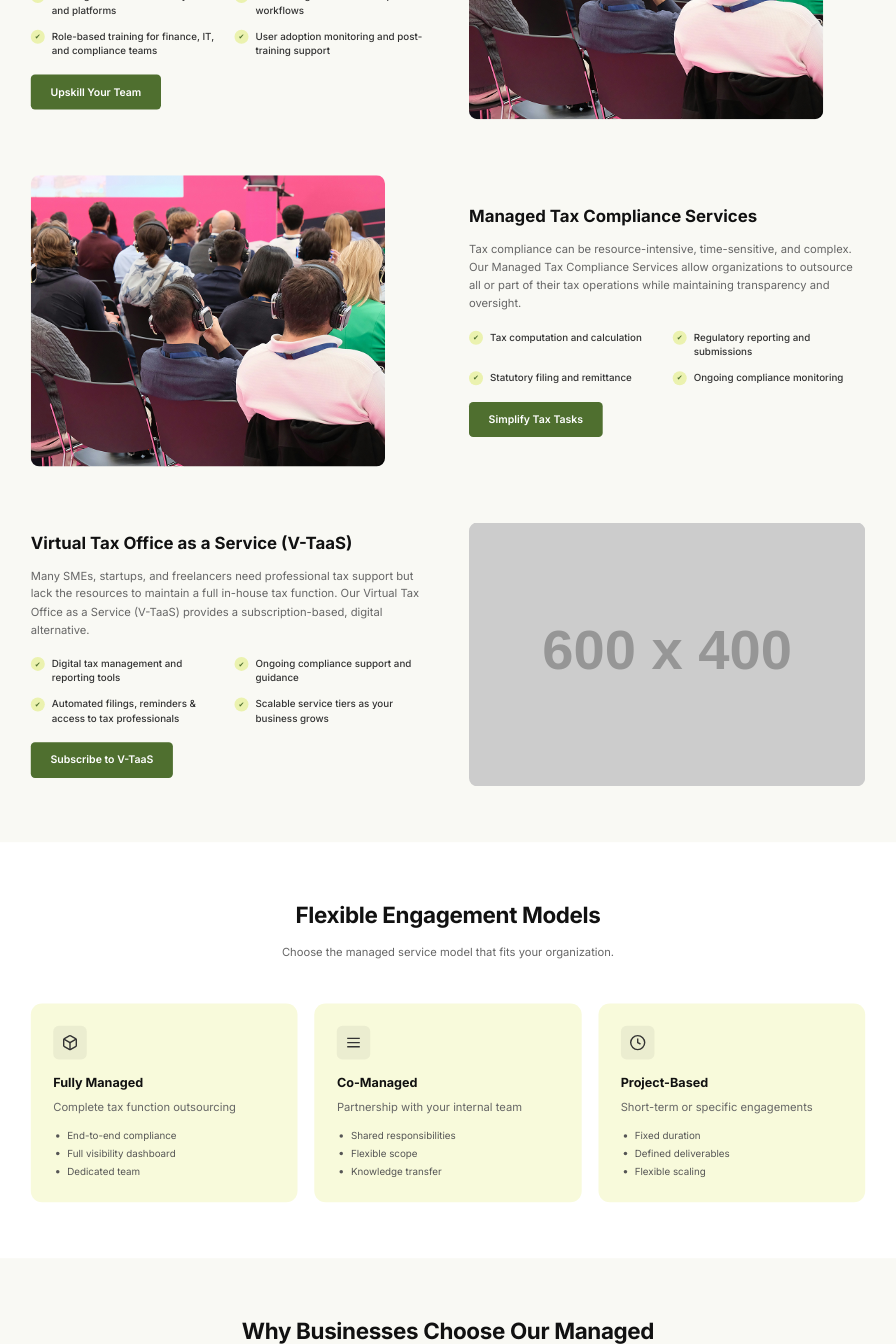
Repository: Opawumi/work_merate
Page: managed.html
These files come from the project's save history. The page is drawn as it stood at one moment and after a run of saves; the edit follows.
The browser window is 1280 px wide. The pictures show the part of the page from y = 1759 to 3679 px (the page is 5424 px tall before and 5400 px after), at 70% of full size.

Above is the page before, as saved 2026-02-02 11:42:58.

### managed.html
<!DOCTYPE html>
<html lang="en">
<head>
    <meta charset="UTF-8">
    <meta name="viewport" content="width=device-width, initial-scale=1.0">
    <title>Managed Services - WorkMerate</title>
    <link rel="stylesheet" href="managed.css">
    <link rel="preconnect" href="https://fonts.googleapis.com">
    <link rel="preconnect" href="https://fonts.gstatic.com" crossorigin>
    <link href="https://fonts.googleapis.com/css2?family=Inter:wght@400;500;600;700;800&display=swap" rel="stylesheet">
</head>
<body>

    <nav class="navbar">
        <div class="container nav-wrapper">
            <a href="#" class="logo">
                W<span class="bag-icon"></span>rkMerate
            </a>

            <ul class="nav-menu">
                <li><a href="#" class="nav-link">Agentic AI</a></li>
                <li>
                    <a href="#" class="nav-link active">
                        Services
                        <svg class="chevron" viewBox="0 0 24 24" fill="none" stroke="currentColor" stroke-width="2" stroke-linecap="round" stroke-linejoin="round"><polyline points="6 9 12 15 18 9"></polyline></svg>
                    </a>
                </li>
                <li>
                    <a href="#" class="nav-link">
                        Modules
                        <svg class="chevron" viewBox="0 0 24 24" fill="none" stroke="currentColor" stroke-width="2" stroke-linecap="round" stroke-linejoin="round"><polyline points="6 9 12 15 18 9"></polyline></svg>
                    </a>
                </li>
                <li><a href="#" class="nav-link">Pricing</a></li>
                <li>
                    <a href="#" class="nav-link">
                        Resources
                        <svg class="chevron" viewBox="0 0 24 24" fill="none" stroke="currentColor" stroke-width="2" stroke-linecap="round" stroke-linejoin="round"><polyline points="6 9 12 15 18 9"></polyline></svg>
                    </a>
                </li>
                <li><a href="#" class="nav-link">About us</a></li>
            </ul>

            <div class="nav-actions">
                <a href="#" class="login-link">Login</a>
                <a href="#" class="btn-nav">Try it Free</a>
            </div>
        </div>
    </nav>

    <section class="hero-section">
        <div class="hero-bg-pattern"></div>

        <div class="container hero-container">

            <div class="hero-content">
                <div class="breadcrumbs">
                    <span class="crumb-gray">Services</span>
                    <svg class="crumb-arrow" viewBox="0 0 24 24"><path d="M10 6L8.59 7.41 13.17 12l-4.58 4.59L10 18l6-6z"/></svg>
                    <span class="crumb-current">Managed Services</span>
                </div>

                <h1>Empower Your Teams.<br>Outsource With Confidence.<br>Scale Without Friction.</h1>

                <p class="hero-description">
                    Sustainable tax compliance requires more than systems and strategies, it requires
                    people who understand the tools, processes that scale, and support that adapts as
                    your business grows.
                </p>

                <div class="hero-buttons">
                    <a href="#" class="btn-hero-primary">Talk to Our Team</a>
                    <a href="#" class="btn-hero-secondary">Explore Service Options</a>
                </div>
            </div>

            <div class="hero-image-wrapper">
                <img src="./assets/managed-main.png" alt="Team working together with sticky notes">
            </div>

        </div>
    </section>

    <section class="section-padding bg-white">
        <div class="container">
            <div class="section-header">
                <h2>What We Do</h2>
                <p>Flexible services designed to complement your internal team or act as your tax function entirely.</p>
            </div>
            <div class="grid-3">
                <div class="card-outline">
                    <div class="icon-box-lime"><svg viewBox="0 0 24 24" fill="none" stroke="currentColor" stroke-width="2"><path d="M22 10v6M2 10l10-5 10 5-10 5z"></path><path d="M6 12v5c3 3 9 3 12 0v-5"></path></svg></div>
                    <h3>Build Internal Capabilities</h3>
                    <p>Training and change management for tax technology adoption</p>
                </div>
                <div class="card-outline">
                    <div class="icon-box-lime"><svg viewBox="0 0 24 24" fill="none" stroke="currentColor" stroke-width="2"><rect x="2" y="7" width="20" height="14" rx="2" ry="2"></rect><path d="M16 21V5a2 2 0 0 0-2-2h-4a2 2 0 0 0-2 2v16"></path></svg></div>
                    <h3>Manage Tax Operations</h3>
                    <p>Full or partial outsourcing with complete visibility</p>
                </div>
                <div class="card-outline">
                    <div class="icon-box-lime"><svg viewBox="0 0 24 24" fill="none" stroke="currentColor" stroke-width="2"><path d="M18 10h-1.26A8 8 0 1 0 9 20h9a5 5 0 0 0 0-10z"></path></svg></div>
                    <h3>Digital Tax Office</h3>
                    <p>Subscription-based virtual tax services for growing businesses</p>
                </div>
            </div>
        </div>
    </section>

    <section class="section-padding bg-cream">
        <div class="container">
            <div class="section-header">
                <h2>Three powerful integration pathways</h2>
                <p>Choose the integration approach that matches your business model and technical requirements.</p>
            </div>

            <div class="pathway-row">
                <div class="pathway-text">
                    <h3>Tax Technology Training & Change Management</h3>
                    <p class="mb-6">Introducing automated tax systems without proper training can create confusion, resistance, and inefficiencies. Our Tax Technology Training & Change Management service ensures your teams understand, adopt, and confidently use automated tax and compliance workflows.</p>
                    <ul class="check-grid">
                        <li><span class="check-circle">✔</span> <span>Training on automated tax systems and platforms</span></li>
                        <li><span class="check-circle">✔</span> <span>Hands-on guidance for compliance workflows</span></li>
                        <li><span class="check-circle">✔</span> <span>Role-based training for finance, IT, and compliance teams</span></li>
                        <li><span class="check-circle">✔</span> <span>User adoption monitoring and post-training support</span></li>
                    </ul>
                    <a href="#" class="btn-dark mt-6">Upskill Your Team</a>
                </div>
                <div class="pathway-img">
                    <img src="./assets/managed-one.png" alt="Training session">
                </div>
            </div>

            <div class="pathway-row reverse">
                <div class="pathway-text">
                    <h3>Managed Tax Compliance Services</h3>
                    <p class="mb-6">Tax compliance can be resource-intensive, time-sensitive, and complex. Our Managed Tax Compliance Services allow organizations to outsource all or part of their tax operations while maintaining transparency and oversight.</p>
                    <ul class="check-grid">
                        <li><span class="check-circle">✔</span> <span>Tax computation and calculation</span></li>
                        <li><span class="check-circle">✔</span> <span>Regulatory reporting and submissions</span></li>
                        <li><span class="check-circle">✔</span> <span>Statutory filing and remittance</span></li>
                        <li><span class="check-circle">✔</span> <span>Ongoing compliance monitoring</span></li>
                    </ul>
                    <a href="#" class="btn-dark mt-6">Simplify Tax Tasks</a>
                </div>
                <div class="pathway-img">
                     <img src="./assets/managed-one.png" alt="Tax compliance">
                </div>
            </div>

            <div class="pathway-row">
                <div class="pathway-text">
                    <h3>Virtual Tax Office as a Service (V-TaaS)</h3>
                    <p class="mb-6">Many SMEs, startups, and freelancers need professional tax support but lack the resources to maintain a full in-house tax function. Our Virtual Tax Office as a Service (V-TaaS) provides a subscription-based, digital alternative.</p>
                    <ul class="check-grid">
                        <li><span class="check-circle">✔</span> <span>Digital tax management and reporting tools</span></li>
                        <li><span class="check-circle">✔</span> <span>Ongoing compliance support and guidance</span></li>
                        <li><span class="check-circle">✔</span> <span>Automated filings, reminders & access to tax professionals</span></li>
                        <li><span class="check-circle">✔</span> <span>Scalable service tiers as your business grows</span></li>
                    </ul>
                    <a href="#" class="btn-dark mt-6">Subscribe to V-TaaS</a>
                </div>
                <div class="pathway-img">
                     <img src="https://placehold.co/600x400/eeeeee/999999?text=Virtual+Office" alt="Woman working on laptop">
                </div>
            </div>
        </div>
    </section>

    <section class="section-padding bg-white">
        <div class="container">
            <div class="section-header">
                <h2>Flexible Engagement Models</h2>
                <p>Choose the managed service model that fits your organization.</p>
            </div>
            <div class="grid-3">
                <div class="card-yellow">
                    <div class="icon-box-trans"><svg viewBox="0 0 24 24" fill="none" stroke="currentColor" stroke-width="2"><path d="M21 16V8a2 2 0 0 0-1-1.73l-7-4a2 2 0 0 0-2 0l-7 4A2 2 0 0 0 3 8v8a2 2 0 0 0 1 1.73l7 4a2 2 0 0 0 2 0l7-4A2 2 0 0 0 21 16z"></path><polyline points="3.27 6.96 12 12.01 20.73 6.96"></polyline><line x1="12" y1="22.08" x2="12" y2="12"></line></svg></div>
                    <h3>Fully Managed</h3>
                    <p>Complete tax function outsourcing</p>
                    <ul class="bullet-list">
                        <li>End-to-end compliance</li>
                        <li>Full visibility dashboard</li>
                        <li>Dedicated team</li>
                    </ul>
                </div>
                <div class="card-yellow">
                    <div class="icon-box-trans"><svg viewBox="0 0 24 24" fill="none" stroke="currentColor" stroke-width="2"><path d="M3 6h18"></path><path d="M3 12h18"></path><path d="M3 18h18"></path></svg></div>
                    <h3>Co-Managed</h3>
                    <p>Partnership with your internal team</p>
                    <ul class="bullet-list">
                        <li>Shared responsibilities</li>
                        <li>Flexible scope</li>
                        <li>Knowledge transfer</li>
                    </ul>
                </div>
                <div class="card-yellow">
                    <div class="icon-box-trans"><svg viewBox="0 0 24 24" fill="none" stroke="currentColor" stroke-width="2"><circle cx="12" cy="12" r="10"></circle><polyline points="12 6 12 12 16 14"></polyline></svg></div>
                    <h3>Project-Based</h3>
                    <p>Short-term or specific engagements</p>
                    <ul class="bullet-list">
                        <li>Fixed duration</li>
                        <li>Defined deliverables</li>
                        <li>Flexible scaling</li>
                    </ul>
                </div>
            </div>
        </div>
    </section>

    <section class="section-padding bg-cream">
        <div class="container">
            <div class="section-header">
                <h2>Why Businesses Choose Our Managed Services</h2>
                <p>Flexible. Scalable. People-Centric.</p>
            </div>
            <div class="grid-3">
                <div class="card-white">
                    <div class="icon-box-dark"><svg viewBox="0 0 24 24" fill="none" stroke="currentColor" stroke-width="2"><path d="M20 21v-2a4 4 0 0 0-4-4H8a4 4 0 0 0-4 4v2"></path><circle cx="12" cy="7" r="4"></circle></svg></div>
                    <h3>People-centric approach</h3>
                    <p>Focus on capability building, not just outsourcing</p>
                </div>
                <div class="card-white">
                    <div class="icon-box-dark"><svg viewBox="0 0 24 24" fill="none" stroke="currentColor" stroke-width="2"><rect x="4" y="4" width="16" height="16" rx="2" ry="2"></rect><rect x="9" y="9" width="6" height="6"></rect></svg></div>
                    <h3>Technology-enabled delivery</h3>
                    <p>Modern tools and digital workflows</p>
                </div>
                <div class="card-white">
                    <div class="icon-box-dark"><svg viewBox="0 0 24 24" fill="none" stroke="currentColor" stroke-width="2"><path d="M1 12s4-8 11-8 11 8 11 8-4 8-11 8-11-8-11-8z"></path><circle cx="12" cy="12" r="3"></circle></svg></div>
                    <h3>Full visibility</h3>
                    <p>Clear insight into all compliance activities</p>
                </div>
                <div class="card-white">
                    <div class="icon-box-dark"><svg viewBox="0 0 24 24" fill="none" stroke="currentColor" stroke-width="2"><polyline points="23 6 13.5 15.5 8.5 10.5 1 18"></polyline><polyline points="17 6 23 6 23 12"></polyline></svg></div>
                    <h3>Scalable models</h3>
                    <p>Services that grow with your business</p>
                </div>
                <div class="card-white">
                    <div class="icon-box-dark"><svg viewBox="0 0 24 24" fill="none" stroke="currentColor" stroke-width="2"><path d="M12 22s8-4 8-10V5l-8-3-8 3v7c0 6 8 10 8 10z"></path></svg></div>
                    <h3>Reduced risk</h3>
                    <p>Lower compliance stress and exposure</p>
                </div>
                <div class="card-white">
                    <div class="icon-box-dark"><svg viewBox="0 0 24 24" fill="none" stroke="currentColor" stroke-width="2"><path d="M12 2l3.09 6.26L22 9.27l-5 4.87 1.18 6.88L12 17.77l-6.18 3.25L7 14.14 2 9.27l6.91-1.01L12 2z"></path></svg></div>
                    <h3>Expert support</h3>
                    <p>Access to tax professionals on-demand</p>
                </div>
            </div>
        </div>
    </section>

    <section class="section-padding bg-white">
        <div class="container">
            <div class="cta-banner">
                <h2>Build Capacity Today. Scale With Confidence Tomorrow.</h2>
                <p>Whether you need to train your team, outsource tax operations, or adopt a virtual tax office, we provide the support structure your business needs to operate and grow compliantly.</p>
                <div class="cta-actions">
                    <a href="#" class="btn-dark">Talk to Managed Services Team</a>
                    <a href="#" class="btn-text-link">Explore All Options</a>
                </div>
            </div>
        </div>
    </section>

    <footer class="footer-section">
        <div class="container">
            <div class="footer-top">
                <div class="footer-brand">
                    <a href="#" class="logo">W<span class="bag-icon"></span>rkMerate</a>
                    <p class="tagline">Smart. Secure. Simplified.</p>
                    <div class="contact-details">
                        <p><strong>USA Customer Support:</strong><br>(+1) 256 441 3090</p>
                        <p><strong>NGA Customer Support:</strong><br>(+234) 907 713 7167</p>
                        <p><strong>Email:</strong><br>support@workmerate.ng.com</p>
                    </div>
                </div>
                <div class="footer-links-grid">
                    <div>
                        <h4>Services</h4>
                        <ul><li><a href="#">Tax Automation</a></li><li><a href="#">ERP Integration</a></li><li><a href="#">Regulatory Reporting</a></li></ul>
                    </div>
                    <div>
                        <h4>Modules</h4>
                        <ul><li><a href="#">Human Resources</a></li><li><a href="#">Financial Management</a></li><li><a href="#">Tax Management</a></li></ul>
                    </div>
                    <div>
                        <h4>Resources</h4>
                        <ul><li><a href="#">Compliance Loss</a></li><li><a href="#">State IRS</a></li><li><a href="#">Tax Laws</a></li></ul>
                    </div>
                    <div>
                        <h4>Other Links</h4>
                        <ul><li><a href="#">About Us</a></li><li><a href="#">Pricing</a></li><li><a href="#">Contact Us</a></li></ul>
                    </div>
                </div>
            </div>
            <hr>
            <div class="footer-newsletter">
                <div class="nl-text">
                    <h3>Subscribe to our newsletter</h3>
                    <p>Stay informed with the latest news, updates, and resources.</p>
                </div>
                <div class="nl-form">
                    <input type="email" placeholder="Enter your email">
                    <button class="btn-dark">Subscribe</button>
                </div>
            </div>
            <hr>
            <div class="footer-bottom">
                <p>&copy; 2025 WorkMerate - All rights reserved</p>
                <div class="badges">
                     <span style="color:#4F6F2F; font-weight:bold; letter-spacing:1px; font-size:18px;">NiTDA</span>
                </div>
            </div>
        </div>
    </footer>

</body>
</html>

Loaded but not shown: managed.css (375 lines, source omitted)

After the next 2 saves:
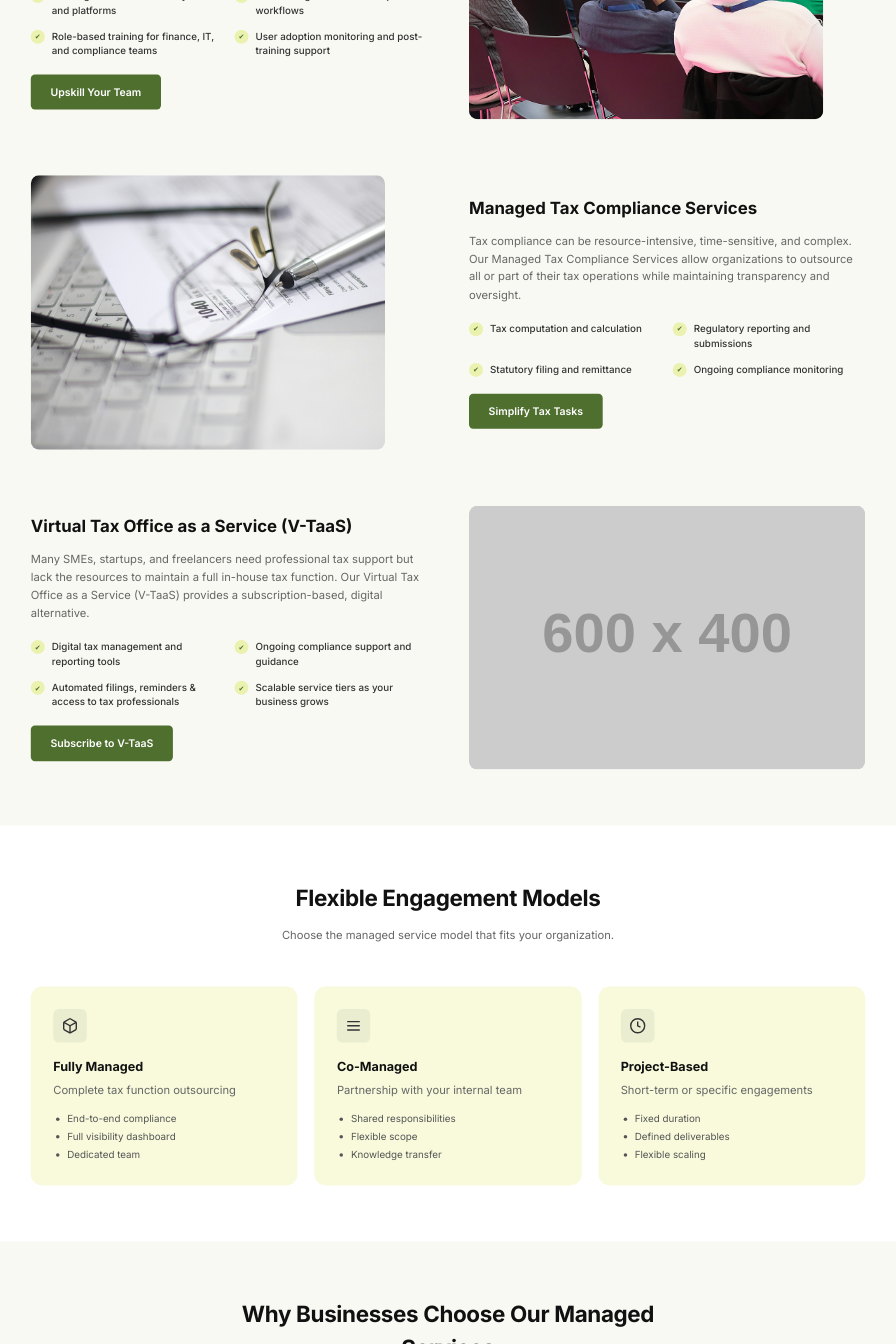
The 2 saves are shown as one change because they came seconds apart.
The last was saved 71 s later.
--- a/managed.html
+++ b/managed.html
@@ -144,7 +144,7 @@
                     <a href="#" class="btn-dark mt-6">Simplify Tax Tasks</a>
                 </div>
                 <div class="pathway-img">
-                     <img src="./assets/managed-one.png" alt="Tax compliance">
+                     <img src="./assets/managed-two.png" alt="Tax compliance">
                 </div>
             </div>
 
